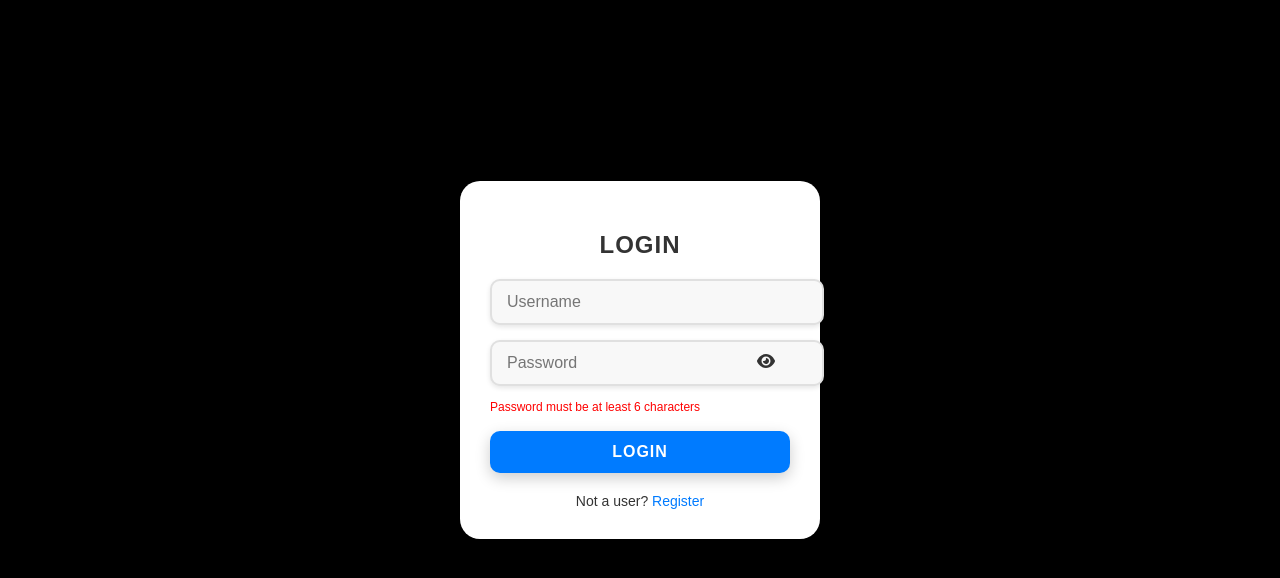
Repository: mdmisri/needy-talk
Page: /login (app in frontend/talk-d1/)
The author's editor kept a copy of each file at every save. The page is drawn from the files as they stood at one save, then again after the next save.
The browser window is 1280 px wide. The pictures show the whole page.
The page's requests for data from a server got no answer. The project was rebuilt for these pictures with package versions that can differ from the ones it lists, and the page was loaded fresh each time. No one was signed in, and anything a server would have sent is missing. Also part of the build but not shown: frontend/talk-d1/src/components/Register/Register.js, frontend/talk-d1/src/conversationUtils.js, frontend/talk-d1/src/hooks/useConversation.js, frontend/talk-d1/src/components/Chat/styles/Message.css, frontend/talk-d1/src/components/Chat/Message.js, frontend/talk-d1/src/components/Chat/ChatBox.js, frontend/talk-d1/src/components/Chat/AdminChatBox.js, frontend/talk-d1/src/components/Chat/AdminSelection.js and 1 more.

Above is the page before, as saved 2024-07-31 02:01:31.

After the next save:
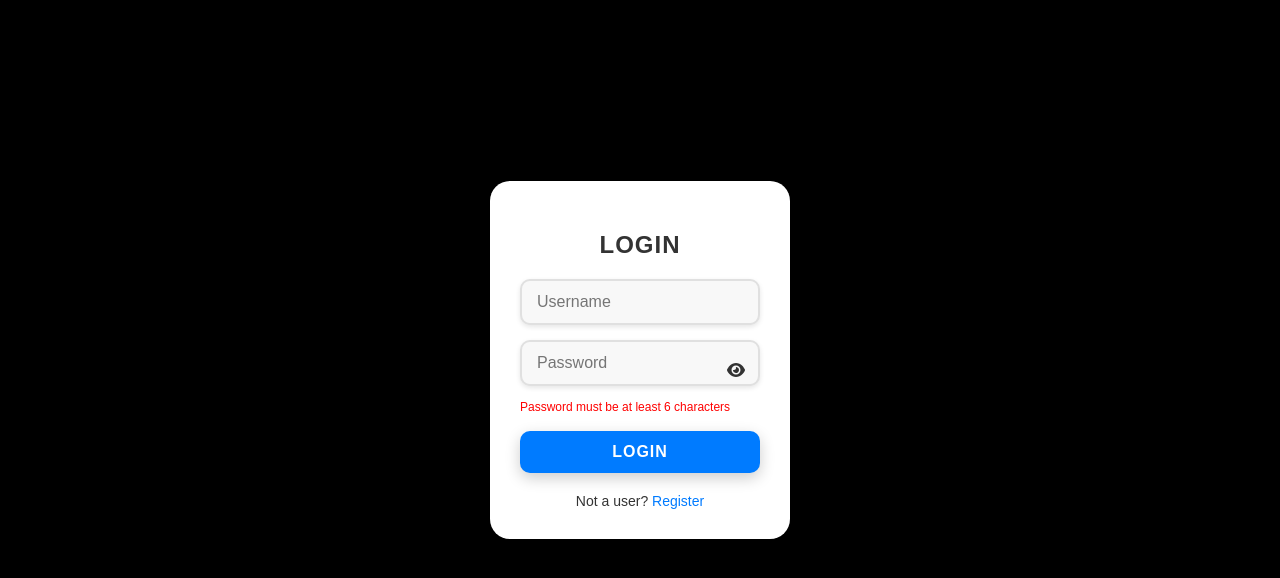
Saved 96 s later.
--- a/frontend/talk-d1/src/components/Login/Login.css
+++ b/frontend/talk-d1/src/components/Login/Login.css
@@ -16,6 +16,7 @@ body, html {
     box-shadow: 0 0 30px rgba(255, 255, 255, 0.1);
     border-radius: 15px;
     text-align: center;
+    box-sizing: border-box;
 }
 
 .login-container h2 {
@@ -29,16 +30,17 @@ body, html {
 
 .login-container input[type="text"],
 .login-container input[type="password"] {
-    width: calc(100% - 40px); /* Adjust width to account for padding */
+    width: calc(100% - 40px); /* Adjust width to ensure it fits inside the container */
     margin-bottom: 20px;
-    padding: 12px 20px; /* Adjust padding for better spacing */
+    padding: 10px 15px; /* Adjust padding for better spacing */
     border: 1px solid #ccc; /* Add a subtle border */
     border-radius: 8px; /* Less rounded for a more modern look */
     background: #f9f9f9;
     box-shadow: 0 2px 5px rgba(0, 0, 0, 0.1); /* Subtle outer shadow */
-    font-size: 16px;
+    font-size: 14px; /* Smaller font size */
     transition: all 0.3s ease;
     outline: none; /* Remove default outline */
+    box-sizing: border-box;
 }
 
 .login-container input[type="text"]:focus,
@@ -63,7 +65,7 @@ body, html {
 .password-toggle-icon {
     position: absolute;
     right: 15px;
-    top: 35%;
+    top: 50%;
     transform: translateY(-50%);
     cursor: pointer;
     color: #333;
